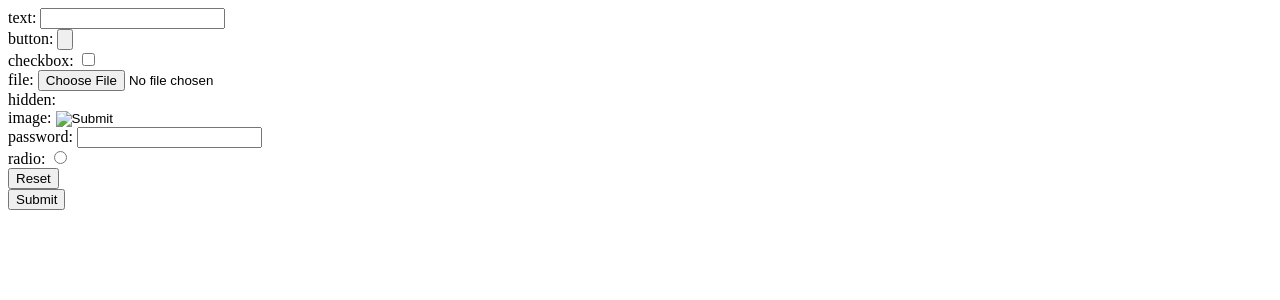
Repository: soso1525/bitcamp
Page: workspace/java-web/src/main/webapp/ch2/2-38.html
These files come from the project's save history. The page is drawn as it stood at one moment and after the next save; the edit follows.
The browser window is 1280 px wide. The pictures show the whole page.

Above is the page before, as saved 2017-12-12 07:03:59.

### workspace/java-web/src/main/webapp/ch2/2-38.html
<!DOCTYPE html>
<html>
<head>
    <title>HTML5 Basic</title>
</head>
<body>
    <form>
        text: <input type="text" /><br />
        button: <input type="button" /><br />
        checkbox: <input type="checkbox" /><br />
        file: <input type="file" /><br />
        hidden: <input type="hidden" /><br />
        image: <input type="image" /><br />
        password: <input type="password" /><br />
        radio: <input type="radio" /><br />
        <input type="reset" /><br />
        <input type="submit" />
    </form>
</body>
</html>

After the next save:
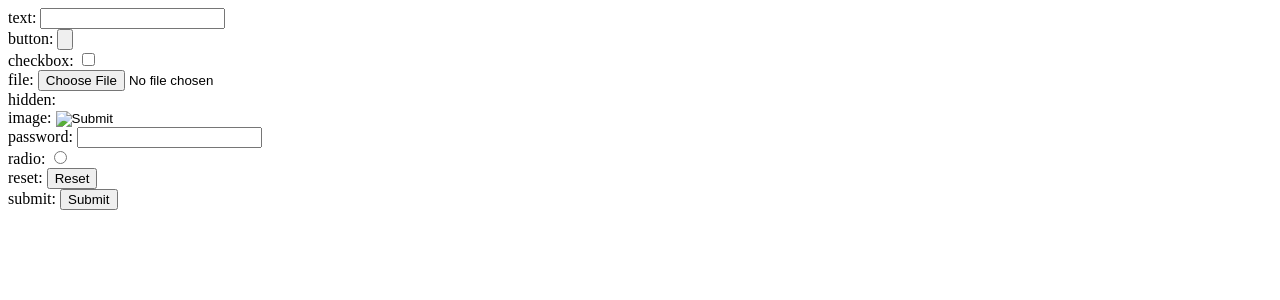
Saved 5 s later.
--- a/workspace/java-web/src/main/webapp/ch2/2-38.html
+++ b/workspace/java-web/src/main/webapp/ch2/2-38.html
@@ -13,8 +13,8 @@
         image: <input type="image" /><br />
         password: <input type="password" /><br />
         radio: <input type="radio" /><br />
-        <input type="reset" /><br />
-        <input type="submit" />
+        reset: <input type="reset" /><br />
+        submit: <input type="submit" />
     </form>
 </body>
 </html>
